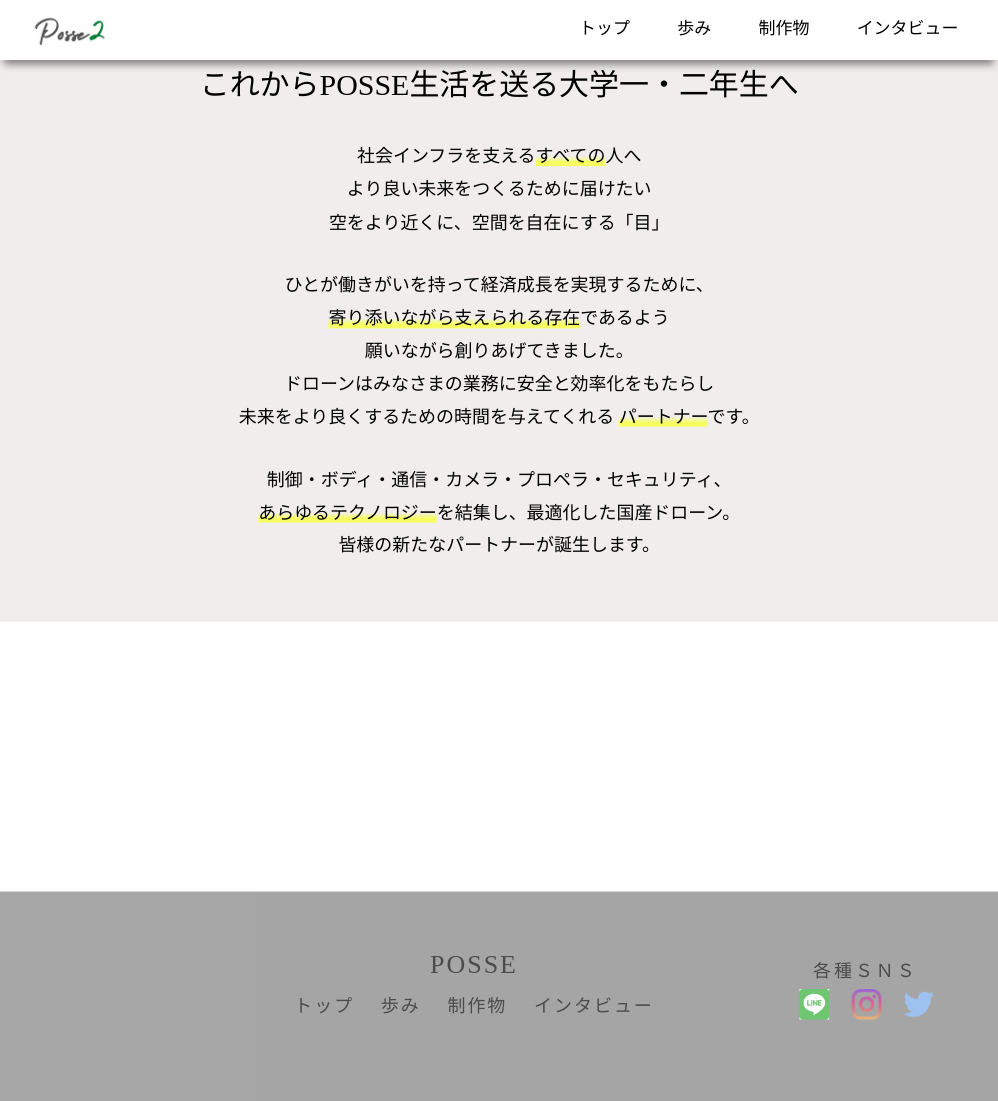
Repository: posse-ap/posse2-hackathon-202202-team2A
Page: topPage/index.html
The author's editor kept a copy of each file at every save. The page is drawn from the files as they stood at one save, then again after the next save.
The browser window is 1280 px wide. The pictures show the whole page, at 78% of full size.

Above is the page before, as saved 2022-02-15 03:09:57.

### topPage/index.html
<!DOCTYPE html>
<html lang="en">

<head>
    <meta charset="UTF-8" />
    <meta http-equiv="X-UA-Compatible" content="IE=edge" />
    <meta name="viewport" content="width=device-width, initial-scale=1.0" />
    <title>Document</title>
    <link rel="stylesheet" href="/reset.css" />
    <link rel="stylesheet" href="/topPage/style.css" />
</head>

<body>
    <!-- <header id="header" class="header">
        <div class="header_content">
            <div class="header_title">
                <img src="/topPage images/S__31211608.jpg" alt="" class="header_title_img">
            </div>
            <div class="header_links">
                <ul>
                    <li><a href="">トップページ</a></li>
                    <li><a href="">活動記録</a></li>
                    <li><a href="">日常の記録</a></li>
                    <li><a href="">保護者の方へ</a></li>
                </ul>
            </div>
        </div>
    </header> -->

    <header id="header" class="header">
        <div class="header_content">
            <div class="header_title">
                <img src="/topPage images/S__31211608.jpg" alt="" class="header_title_img">
            </div>
            <!-- ①サイトタイトル -->
            <div class="nav-wrapper header_links">
                <!-- ②ナビゲーションメニュー -->
                <nav class="header-nav">
                    <ul class="nav-list">
                        <li class="nav-item">
                            <a href="">トップ</a>
                        </li>
                        <li class="nav-item">
                            <a href="">歩み</a>
                        </li>
                        <li class="nav-item">
                            <a href="">制作物</a>
                        </li>
                        <li class="nav-item">
                            <a href="">インタビュー</a>
                        </li>
                    </ul>
                </nav>
            </div>
            <button class="burger-btn">
                <!-- ③ハンバーガーボタン -->
                <span class="bar bar_top"></span>
                <span class="bar bar_mid"></span>
                <span class="bar bar_bottom"></span>
            </button>
        </div>
    </header>

    <section class="section">
        <div>
            <h2>これからPOSSE生活を送る大学一・二年生へ</h2>
        <p>社会インフラを支える<span class="highlight">すべての</span>人へ<br>
            より良い未来をつくるために届けたい<br>
            空をより近くに、空間を自在にする「目」</p>
        <p>ひとが働きがいを持って経済成長を実現するために、<br>
            <span class="highlight">寄り添いながら支えられる存在</span>であるよう<br>
            願いながら創りあげてきました。<br>
            ドローンはみなさまの業務に安全と効率化をもたらし<br>
            未来をより良くするための時間を与えてくれる <span class="highlight">パートナー</span>です。</p>
        <p>制御・ボディ・通信・カメラ・プロペラ・セキュリティ、<br>
            <span class="highlight">あらゆるテクノロジー</span>を結集し、最適化した国産ドローン。<br>
            皆様の新たなパートナーが誕生します。</p>
        </div>
    </section>



    <footer class="footer">
        <div class='footer_box'>
            <div class="footer_box1">
                <div class='footer_official_box'>
                    <label for="logo"><p>POSSE</p></label>
                    <!-- <a id='logo'  href="https://posse.anti-pattern.co.jp/"><img class='posse_logo_footer' src="img\posseLogo.png" alt="ポッセロゴ"></a> -->
                </div>
                <div class='footer_other_box'>
                    <div class='footer_page_in_site'>
                        <a href="">トップ</a>
                        <a href="">歩み</a>
                        <a href="">制作物</a>
                        <a href="">インタビュー</a>
                    </div>
                </div>
            </div>
            <div class='SNS'>
                <p>各種ＳＮＳ</p>
                <div class='SNS_box'>
                    <a href=""><img src="/topPage images/LINE.png" alt=""></a>
                    <a href="https://instagram.com/posse_programming?utm_medium=copy_link"><img src="/topPage images/instagram2.png" alt="instagram"></a>
                    <a href="https://twitter.com/posse_program?s=20"><img src="/topPage images/twitter2.png" alt="twitter"></a>
                </div>
            </div>
        </div>
    </footer>

    <script src="https://ajax.googleapis.com/ajax/libs/jquery/3.6.0/jquery.min.js"></script>
    <script src="/topPage/script.js"></script>
</body>

</html>

### topPage/style.css
html {
    font-size: 1vw;
}

body {
    text-align: center;
    margin: 0 auto;
    font-family: "ヒラギノ丸ゴ Pro W4", "ヒラギノ丸ゴ Pro", "Hiragino Maru Gothic Pro", "ヒラギノ角ゴ Pro W3", "Hiragino Kaku Gothic Pro", "HG丸ｺﾞｼｯｸM-PRO", "HGMaruGothicMPRO";
}

.header_content {
    width: 95%;
    height: 90%;
    display: flex;
    justify-content: space-between;
    opacity: 1;
    margin: 0 6rem 0.3rem 1rem;
}

.header_title {
    display: flex;
}

.header_title_img {
    display: block;
    width: 12rem;
    height: 4rem;
    opacity: 1;
}



.header_links {
    width: 40%;
    padding: 1rem 0 0 0;
}

.header_links ul {
    display: flex;
    justify-content: space-between;
}

.header_links li a {
    display: block;
    color: black;
    text-decoration: none;
    font-size: 1.7rem;
}

.header_links li a:hover {
    opacity: 0.4;
    transform: translate(0, -5px);
}


.header {
    width: 100%;
    height: 6rem;
    background: white;
    position: fixed;
    top: 0;
    left: 0;
    padding-top: 1.1rem;
    box-sizing: border-box;
    z-index: 5;
    box-shadow: 0px 10px 10px -5px rgba(0, 0, 0, 0.5);
}

.SNS_box{
    width: 150%;
}


/* -------------------- */
/* header
  /* -------------------- */
/* .header {
    align-items: center;
    background-color: #1b1310;
    border-bottom: 1px solid #fff;
    color: #fff;
    display: flex;
    height: 74px;
    justify-content: space-between;
    padding: 0 120px;
} */

/* .nav-list {

    display: flex;
} */

/* .nav-item {

    margin-right: 55px;
} */

.burger-btn {
    display: none;
}

/* ------------------ */
/* fv
  /* ------------------ */
.fv {
    align-items: center;
    background-color: #141414;
    background-image: url(../img/fv-bgi@2x.jpg);
    background-position: center;
    background-size: cover;
    display: flex;
    flex-direction: column;
    height: 90vh;
    justify-content: center;
}

/* .main-copy {
    border: 2px solid #fff;
    color: #fff;
    font-size: 50px;
    font-weight: bold;
    padding: 34px 42px;
} */

/* ------------------ */
/* about
  /* ------------------ */
.section-title {
    font-size: 36px;
    font-weight: bold;
    letter-spacing: .05em;
    margin-bottom: 70px;
    text-align: center;
}

h3 {
    font-size: 2.4rem;
    font-weight: bold;
    letter-spacing: .1em;
    line-height: 2;
    margin-bottom: 40px;
}

.section-wrapper {
    padding: 100px 10% 50px;
}

@media screen and (min-width:541px) and (max-width:1024px) {
    .header{
        height: 10rem;
    }

    .header_content{
        padding-top: 2rem;
    }

    .header_title_img{
        width: 100%;
        height: 70%;
    }

    .header_links li a{
        font-size: 2.7rem;
        margin-top: 0;
    }

    .header_links{
        width: 50%;
    }
}

@media screen and (max-width:540px) {

    /* ----------------------- */
    /* base_sp
    /* ----------------------- */
    /* デフォルトのbuttonスタイルをリセット */
    button {
        -webkit-appearance: none;
        -moz-appearance: none;
        appearance: none;
        background: transparent;
        border: 0;
        border-radius: 0;
        color: inherit;
        cursor: pointer;
        font: inherit;
        margin: 0;
        outline: none;
        padding: 0;
        vertical-align: middle;
    }

    /* ------------------ */
    /* humberger-menu */
    /* ------------------ */
    .header {
        padding: 0;
        height: 15rem;
    }

    .header_title_img{
        margin-top: 2rem;
        width: 30rem;
        height: 10rem;
    }

    /* 以下、ハンバーガーボタン */
    .burger-btn {
        display: block;
        height: 22%;
        position: relative;
        width: 20%;
        z-index: 3;
        /* codepenの挙動のため */
        background-color: transparent;
        border: none;
        margin-top: 6rem;
    }



    .bar {
        background-color: black;
        display: block;
        height: 0.1rem;
        left: 50%;
        position: absolute;
        transform: translateX(-50%);
        width: 7rem;
    }

    .bar_top {
        top: 3rem;
    }

    .bar_mid {
        top: 50%;
        transform: translate(-50%, -50%);
    }

    .bar_bottom {
        bottom: 3rem;
    }

    .burger-btn.close{
        margin-top: 8.4rem;
    }

    .burger-btn.close .bar_top {
        transform: translate(-50%,-4.3rem) rotate(45deg);
        transition: transform .3s;
    }

    .burger-btn.close .bar_mid {
        opacity: 0;
        transition: opacity .3s;
    }

    .burger-btn.close .bar_bottom {
        transform: translate(-50%, -1rem) rotate(-45deg);
        transition: transform .3s;
    }

    /* スクロール制御 */
    .noscroll {
        overflow: hidden;
    }

    /* 以下、ハンバーガーメニュー */
    .nav-wrapper {
        visibility: hidden;
        height: 100vh;
        left: 0;
        position: fixed;
        top: 0;
        width: 100vw;
        opacity: 0;
        transition: opacity .5s;
        z-index: 2;
        /*キービジュアルと.btn_triggerとの重なりの前後関係を調整*/
    }

    .header-nav {
        background-color: white;
        height: 100%;
        width: 100%;
        z-index: 2;
    }

    .header_links ul{
        display: block;
    }

    .nav-list {
        display: block;
        left: 50%;
        position: absolute;
        text-align: center;
        top: 50%;
        transform: translate(-50%, -50%);
    }

    .nav-item {
        margin-bottom: 40px;
        margin-right: 0;
    }

    .header_links li a{
        font-size: 5rem;
    }

    /* メニューオープン時 */
    .nav-wrapper.fade {
        opacity: 1;
        visibility: visible;
    }

    /* ------------------ */
    /* fv */
    /* ------------------ */
    .main-copy {
        font-size: 30px;
    }

    /* ------------------ */
    /* about */
    /* ------------------ */
    h3 {
        font-size: 20px;
        margin-bottom: 30px;
    }

    .section-wrapper {
        padding: 100px 5% 50px;
    }
}

/* ふったー */
.footer {
    background-color: grey;
    opacity: 0.7;
}

.footer_box {
    width: 65%;
    height: 15rem;
    display: flex;
    justify-content: space-around;
    padding: 6rem 0 0 0;
    position: relative;
    right: -23%;
    margin-top: 27rem;
}

.footer_official_box label p {
    color: black;
    font-size: 2.6rem;
    letter-spacing: 0.2rem;
}

.footer_official_box label p:hover {
    opacity: 0.4;
    transform: translate(0, -5px);
}

.footer_page_in_site a {
    color: black;
    text-decoration: none;
    font-size: 1.8rem;
    letter-spacing: 0.2rem;
}

.footer_page_in_site a:hover {
    opacity: 0.4;
    transform: translate(0, -5px);
}

.SNS {
    width: 14%;
}

.SNS_box a {
    margin: 1rem;
}

.SNS_box a img {
    width: 3rem;
    height: 3rem;
}

.SNS_box a :hover {
    opacity: 0.4;
    transform: translate(0, -5px);
}

.SNS p {
    color: black;
    font-size: 1.8rem;
    margin: 1rem 0;
    margin-left: 6rem;
    letter-spacing: 0.3rem;
    white-space: nowrap;
}

/* .SNS p:hover {
    opacity: 0.4;
    transform: translate(0, -5px);
} */

.posse_logo_footer {
    width: 80%;
    height: 40%;
}

.footer_other_box {
    font-size: 1.5rem;
    letter-spacing: 0.3rem;
    margin: 2rem;
}

.footer_page_in_site a {
    margin: 0 1rem;
}

.SNS_box{width: 250%;}

@media screen and (min-width:541px) and (max-width:1024px) {
    .footer{
        height: 30rem;
    }

    .footer_official_box label p{
        font-size: 7rem;
    }

    .SNS p{
        display: block;
        margin-left: 0;
        margin: 3rem auto;
        font-size: 3rem;
        white-space: nowrap;
    }

    .footer_page_in_site a{
        font-size: 3rem;
    }

    .footer_box{
        width: 75%;
        display: block;
        right: -13%;
    }

    .SNS{
        margin: 0 auto;
        width: 100%;
    }

    .SNS_box{
        width: 100%;
    }


    .footer_official_box label p{
        font-size: 4rem;
    }

    .SNS_box a img {
        width: 5rem;
        height: 5rem;
    }
}


@media screen and (max-width:540px) {
    .footer_box {
        display: block;
        height: 20rem;
        margin:  20rem 0;
        right: -5%;
        width: 90%;
    }

    .footer_official_box label p{
        font-size: 10rem;
    }

    .footer_page_in_site a{
        font-size: 5rem;
        display: block;
    }

    .footer_page_in_site{
        display: block;
        line-height: 7rem;
    }

    .footer{
        height: 70rem;
    }

    .SNS{
        margin: 0 auto;
        width: 100%;
    }

    .SNS p{
        margin-left: 0;
        display: block;
        width: 50rem;
        margin: 3rem auto;
        font-size: 7rem;
        white-space: nowrap
    }

    .SNS_box{
        width: 100%;
    }

    .SNS_box a img {
        width: 7rem;
        height: 7rem;
    }
}

.section div {
    background-color: rgb(241, 237, 237);
    padding: 3rem;
}

.section div h2 {
    font-size: 3rem;
    margin: 4rem;
}

.section div p {
    font-size: 1.8rem;
    margin: 3rem;
    line-height: 3.3rem;
}

.section2 {
    padding: 7rem 0;
}

.highlight {
    background: linear-gradient(transparent 50%, #f6ff5f 80%);
}

### topPage/script.js
$('.burger-btn').on('click', function () {//.btn_triggerをクリックすると
    $('.burger-btn').toggleClass('close');//.btn_triggerにcloseクラスを付与(ボタンのアニメーション)
    $('.nav-wrapper').toggleClass('fade');//.nav-wrapperに
    $('body').toggleClass('noscroll');//bodyにnoscrollクラスを付与(スクロールを固定)
});

Loaded but not shown: reset.css (common file)

After the next save:
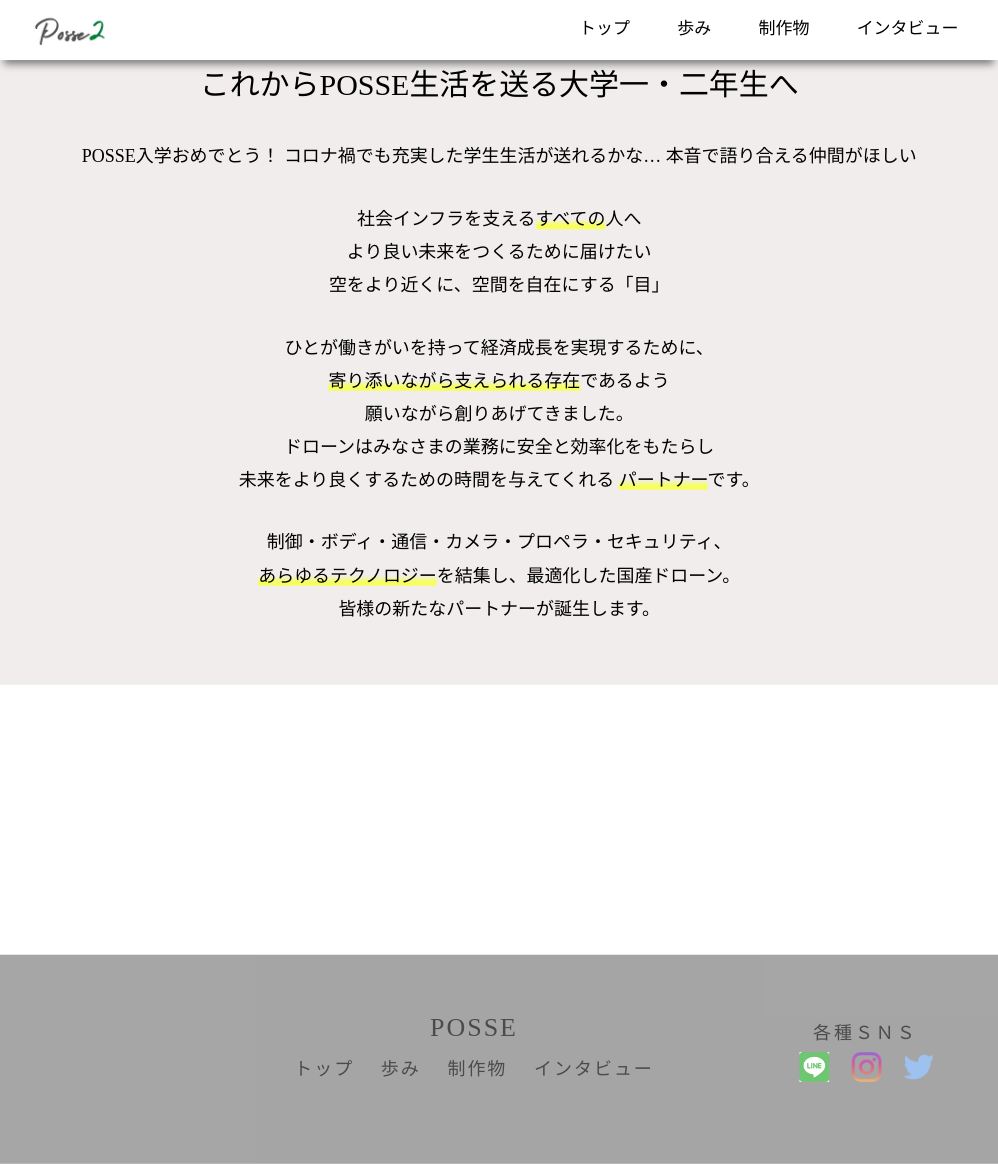
Saved 71 s later.
--- a/topPage/index.html
+++ b/topPage/index.html
@@ -64,6 +64,11 @@
     <section class="section">
         <div>
             <h2>これからPOSSE生活を送る大学一・二年生へ</h2>
+        <p>POSSE入学おめでとう！
+
+            コロナ禍でも充実した学生生活が送れるかな…
+            本音で語り合える仲間がほしい
+            </p>
         <p>社会インフラを支える<span class="highlight">すべての</span>人へ<br>
             より良い未来をつくるために届けたい<br>
             空をより近くに、空間を自在にする「目」</p>
